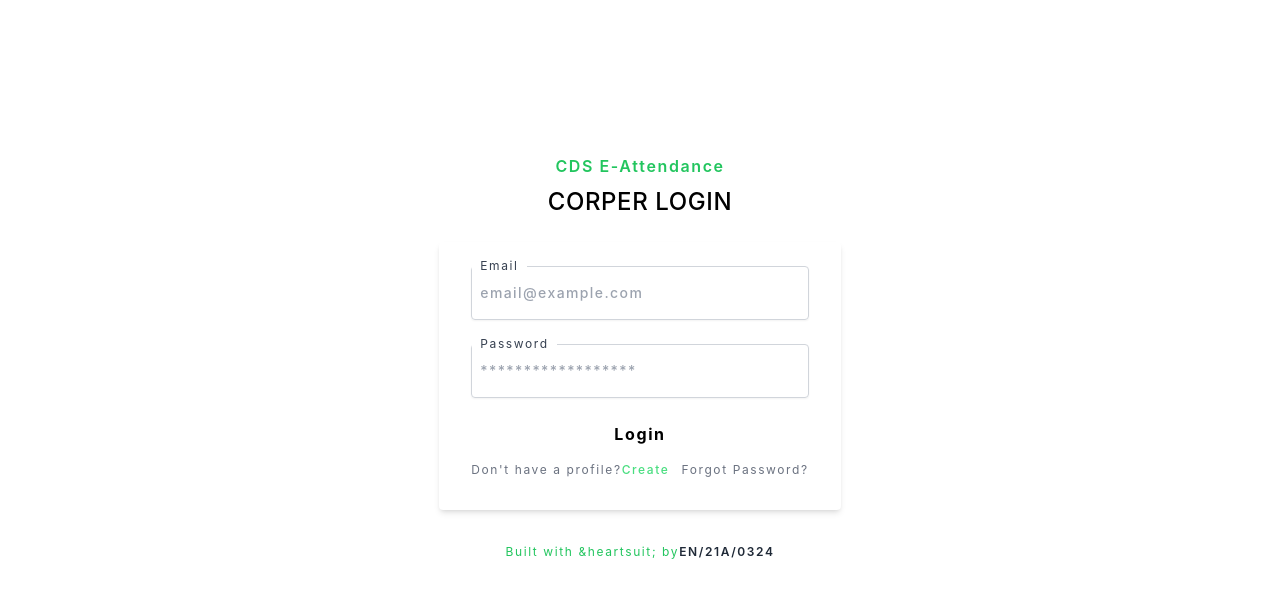
Repository: latenightsnacc/jedessineweb
Page: / (app in docs/client/)
An editor plug-in stored every save of this project. The page is shown before and after a run of saves, followed by the edit.
The browser window is 1280 px wide. The pictures show the whole page.
The project was rebuilt for these pictures with package versions that can differ from the ones it lists, and the page was loaded fresh each time. Also part of the build but not shown: docs/client/src/components/MemberMenu.js, docs/client/src/components/Navbar.js, docs/client/src/components/Spacer.js, docs/client/src/components/AttendanceNotification.js, docs/client/src/components/MiniLayout.js, docs/client/src/components/Date.js, docs/client/src/components/CorperBanner.js, docs/client/src/components/DuesNotification.js and 13 more.

Above is the page before, as saved 2022-03-19 10:26:09.

After the next 2 saves:
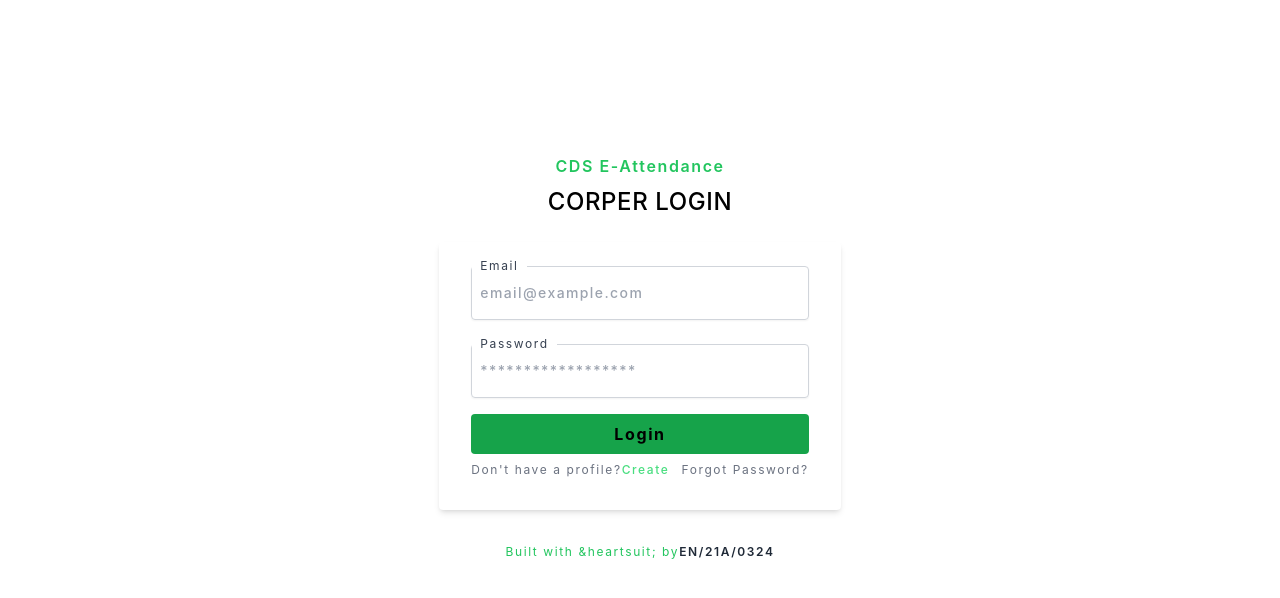
The 2 saves are shown as one change because they came seconds apart.
The last was saved 58 s later.
--- a/docs/client/src/pages/Login.js
+++ b/docs/client/src/pages/Login.js
@@ -79,7 +79,7 @@ const Login = () => {
                     <div className="flex w-full flex-col">
 
                     <button onClick={login}
-                    className="bg-transparent hover:bg-transparent text-black font-bold py-2 px-4 rounded focus:outline-none focus:shadow-outline" >Login</button>
+                    className="bg-green-600 hover:bg-green-600 text-black font-bold py-2 px-4 rounded focus:outline-none focus:shadow-outline" >Login</button>
 
                     <div className="flex flex-row text-xs justify-between items-center">
                     <span className="inline-block mt-2 align-baseline  text-gray-500  text-center">
